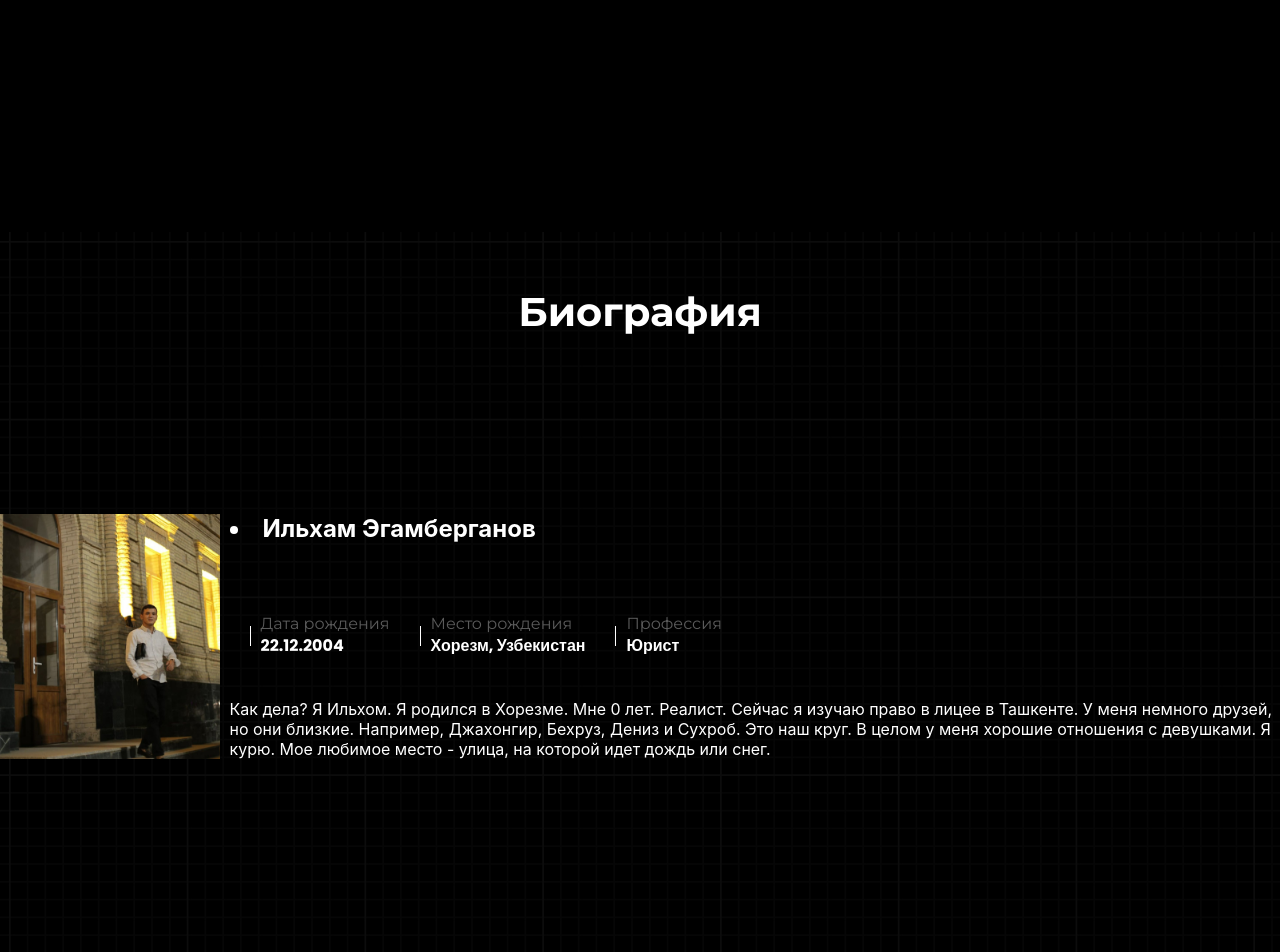
Repository: sardorexe/xishnik
Page: /
These files come from the project's save history. The page is drawn as it stood at one moment and after the next save; the edit follows.
The browser window is 1280 px wide. The pictures show the part of the page from y = 488 to 1440 px (the page is 1440 px tall).
Pictures or frames that could not be fetched are drawn as grey boxes. Some icons come from a web library that is not loaded, so they are not drawn. Some web libraries are served in a nearby version. The project was rebuilt for these pictures with package versions that can differ from the ones it lists, and the page was loaded fresh each time. Some packages were replaced by stand-ins written for this rebuild. The framework's server and built-in components were replaced by stand-ins that run in the browser. Also part of the build but not shown: next.config.js.

Above is the page before, as saved 2021-09-27 16:11:40.

After the next save:
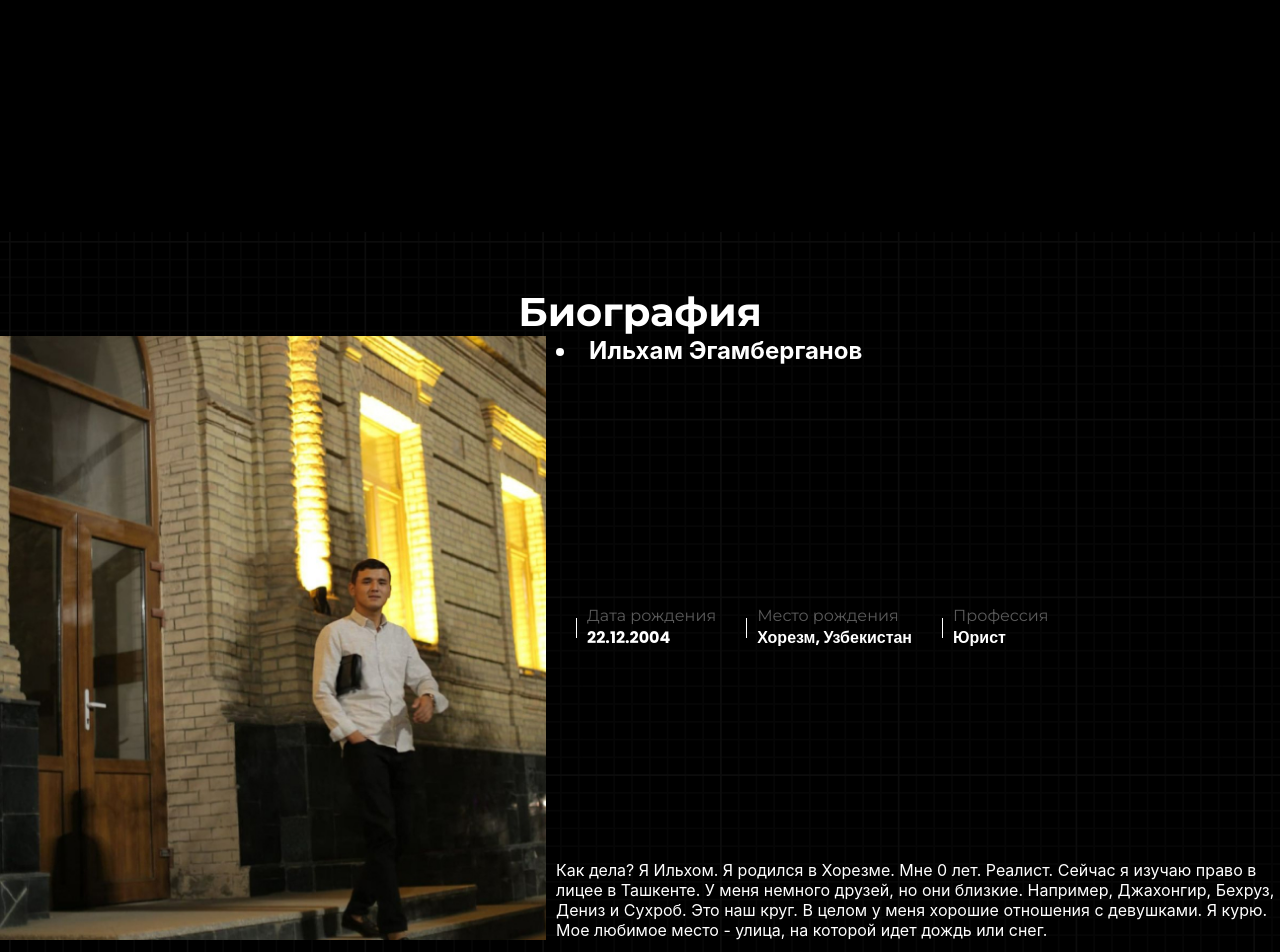
Saved 5 s later.
--- a/styles/Biography.module.css
+++ b/styles/Biography.module.css
@@ -28,11 +28,11 @@
   flex-direction: column;
   align-items: flex-start;
   justify-content: space-between;
+  width: 57%;
 }
 
 .content h2 {
   margin-bottom: 40px;
-  width: 57%;
 }
 
 .img {

After the save that followed:
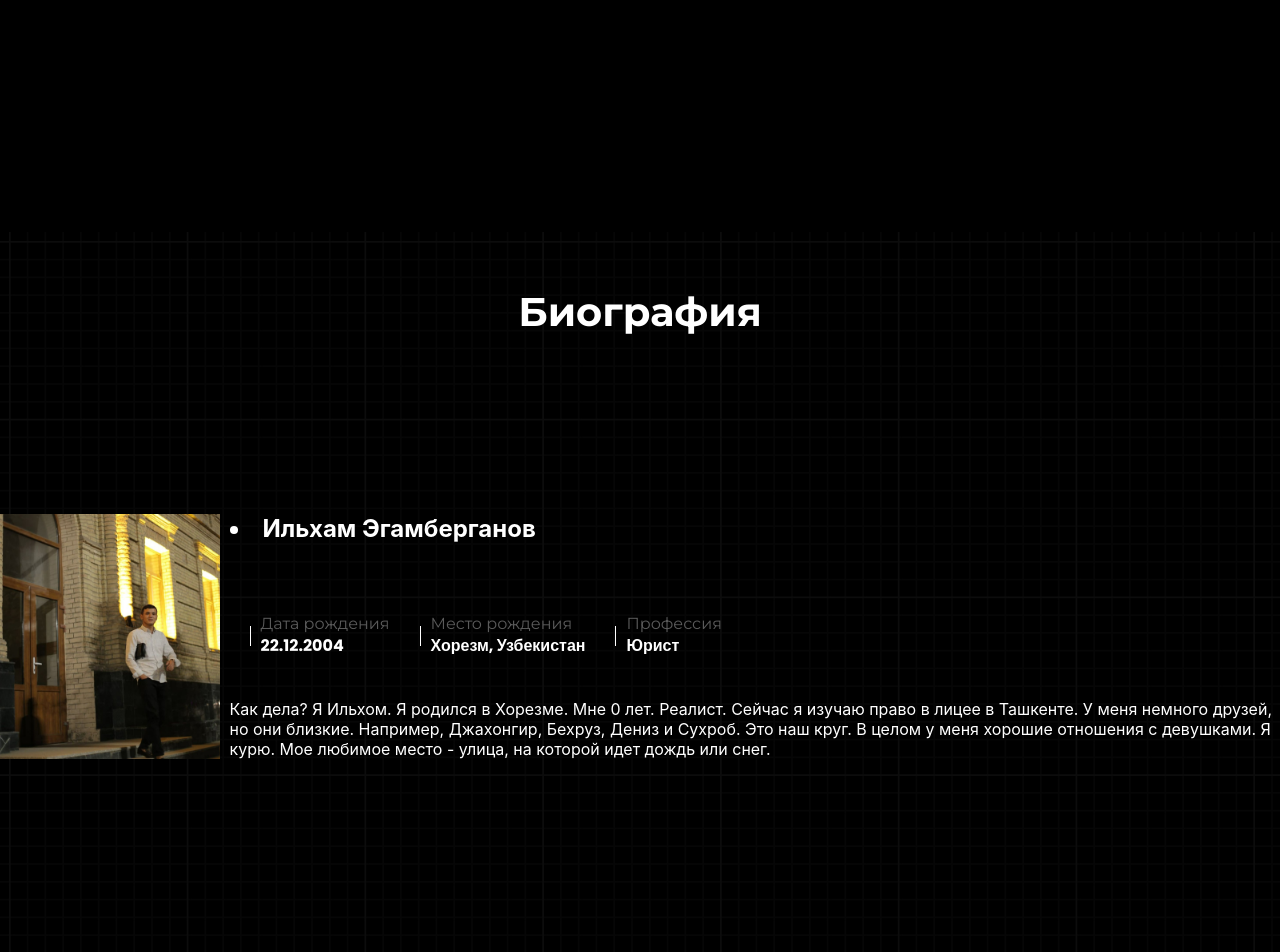
Saved 10 s later.
--- a/styles/Biography.module.css
+++ b/styles/Biography.module.css
@@ -28,7 +28,6 @@
   flex-direction: column;
   align-items: flex-start;
   justify-content: space-between;
-  width: 57%;
 }
 
 .content h2 {
